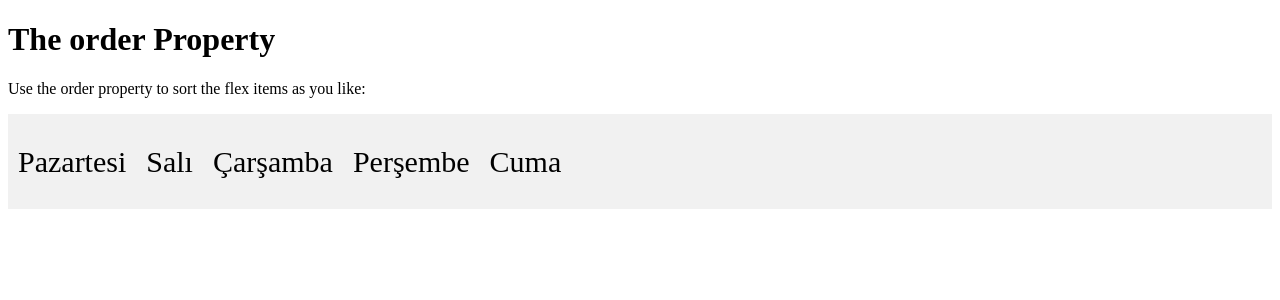
Repository: ahmetbugraozcan/css-ders-programi
Page: deneme.html
These files come from the project's save history. The page is drawn as it stood at one moment and after the next save; the edit follows.
The browser window is 1280 px wide. The pictures show the whole page.

Above is the page before, as saved 2021-07-10 10:20:34.

### deneme.html
<!DOCTYPE html>
<html>
<head>
<style>
.flex-container {
  display: flex;
  align-items: stretch;
  background-color: #f1f1f1;
}

.flex-container>div {

  margin: 10px;
  text-align: center;
  line-height: 75px;
  font-size: 30px;
}
</style>
</head>
<body>
<h1>The order Property</h1>

<p>Use the order property to sort the flex items as you like:</p>

<div class="flex-container">
  <div >Pazartesi</div>
  <div >Salı</div>
  <div >Çarşamba</div>
  <div >Perşembe</div>
  <div >Cuma</div>
</div>

</body>
</html>

After the next save:
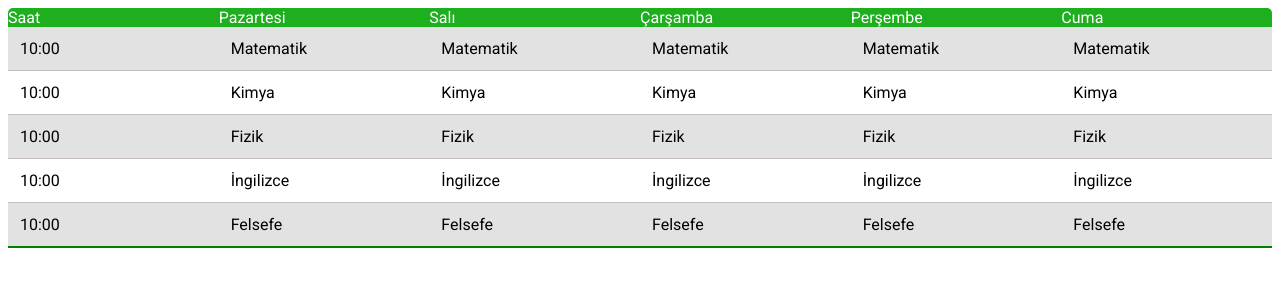
Saved 60 s later.
--- a/deneme.html
+++ b/deneme.html
@@ -1,34 +1,115 @@
 <!DOCTYPE html>
-<html>
+<html lang="en">
+
 <head>
+    <link href='http://fonts.googleapis.com/css?family=Roboto' rel='stylesheet' type='text/css'>
+
+    <meta charset="UTF-8">
+    <meta http-equiv="X-UA-Compatible" content="IE=edge">
+    <meta name="viewport" content="width=device-width, initial-scale=1.0">
+    <title>Document</title>
+</head>
 <style>
-.flex-container {
-  display: flex;
-  align-items: stretch;
-  background-color: #f1f1f1;
-}
+    * {
+        box-sizing: border-box;
+    }
 
-.flex-container>div {
+    body {
+        font-family: 'Roboto', sans-serif;
 
-  margin: 10px;
-  text-align: center;
-  line-height: 75px;
-  font-size: 30px;
-}
+    }
+
+    header {
+        background-color: rgb(29, 175, 29);
+        color: white;
+        border-radius: 5px 5px 0 0;
+
+    }
+
+    header,
+    .row {
+        display: flex;
+        /* aligns all child elements (flex items) in a row */
+    }
+
+    .col :nth-of-type(odd) {
+        background-color: rgb(226, 226, 226);
+    }
+
+    .col :last-child {
+        border-bottom: 2px solid green;
+    }
+
+    .col>div {
+        border-bottom: 1px solid rgb(196, 187, 187);
+
+
+    }
+
+    .row>.col>div {
+        padding: 12px;
+    }
+
+    .col {
+        flex: 1;
+        /* distributes space on the line equally among items */
+    }
 </style>
-</head>
+
 <body>
-<h1>The order Property</h1>
 
-<p>Use the order property to sort the flex items as you like:</p>
+    <header>
+        <div class="col">Saat</div>
+        <div class="col">Pazartesi</div>
+        <div class="col">Salı</div>
+        <div class="col">Çarşamba</div>
+        <div class="col">Perşembe</div>
+        <div class="col">Cuma</div>
+    </header>
+    <div class="row">
+        <div class="col">
+            <div>10:00</div>
+            <div>10:00</div>
+            <div>10:00</div>
+            <div>10:00</div>
+            <div>10:00</div>
+        </div>
+        <div class="col">
+            <div>Matematik</div>
+            <div>Kimya</div>
+            <div>Fizik</div>
+            <div>İngilizce</div>
+            <div>Felsefe</div>
+        </div>
+        <div class="col">
+            <div>Matematik</div>
+            <div>Kimya</div>
+            <div>Fizik</div>
+            <div>İngilizce</div>
+            <div>Felsefe</div>
+        </div>
+        <div class="col">
+            <div>Matematik</div>
+            <div>Kimya</div>
+            <div>Fizik</div>
+            <div>İngilizce</div>
+            <div>Felsefe</div>
+        </div>
+        <div class="col">
+            <div>Matematik</div>
+            <div>Kimya</div>
+            <div>Fizik</div>
+            <div>İngilizce</div>
+            <div>Felsefe</div>
+        </div>
+        <div class="col">
+            <div>Matematik</div>
+            <div>Kimya</div>
+            <div>Fizik</div>
+            <div>İngilizce</div>
+            <div>Felsefe</div>
+        </div>
+    </div>
+</body>
 
-<div class="flex-container">
-  <div >Pazartesi</div>
-  <div >Salı</div>
-  <div >Çarşamba</div>
-  <div >Perşembe</div>
-  <div >Cuma</div>
-</div>
-
-</body>
 </html>
